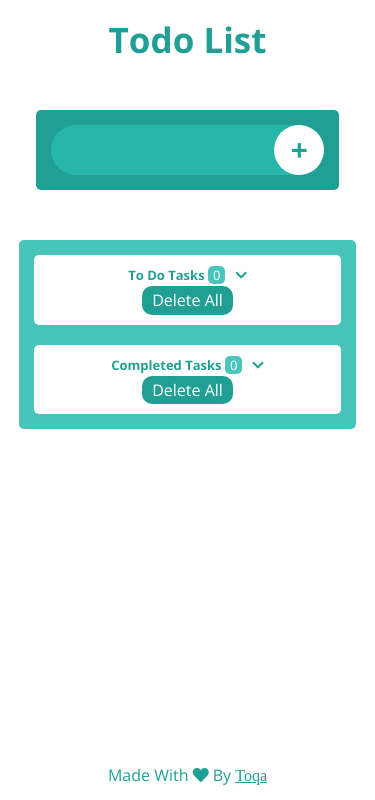
Repository: Toqa-25/todo-list
Page: index.html
An editor plug-in stored every save of this project. The page is shown before and after a run of saves, followed by the edit.
The browser window is 375 px wide. The pictures show the whole page.
Some web fonts or font styles are not loaded; a fallback is used.

Above is the page before, as saved 2022-02-07 16:50:55.

### index.html
<!DOCTYPE html>
<html lang="en">
<head>
    <meta charset="UTF-8">
    <meta http-equiv="X-UA-Compatible" content="IE=edge">
    <meta name="viewport" content="width=device-width, initial-scale=1.0">
     <!-- css fils -->
     <link rel="stylesheet" href="css/normalize.css">
     <link rel="stylesheet" href="css/all.min.css">
     <link rel="stylesheet" href="css/style.css">
     <!-- google fonts -->
     <link rel="preconnect" href="https://fonts.googleapis.com">
     <link rel="preconnect" href="https://fonts.gstatic.com" crossorigin>
     <link href="https://fonts.googleapis.com/css2?family=Open+Sans:wght@300;400;500;600;700;800&display=swap" rel="stylesheet">
     <link href="https://fonts.googleapis.com/css2?family=Pushster&amp;display=swap" rel="stylesheet">
     <!-- page title -->
    <title>ToDo List</title>
</head>
<body>
    <section class="todo-section container">
        <div class="todo-main-head ">
            <h2 class="todo-head">todo list</h2>
        </div>
        <div class="todo-input  ">
            <input type="text" name="" id="input-field">
            <span class="pluse" id="plus">+</span>
        </div>
        <div class="todo-group pad ">
        <div class="todo-list doing" id="todo-list-do">
             <div class="todo-list-header-group">
                 <h4 class="todo-list-head">to do tasks <span class="tasks-number"></span><i class="fas fa-chevron-down todo-chevron"></i></h4>
                <button class="btn delet-all-tasks">delete all</button>
            </div>
           <div class="todo-list-content todo">
           </div>
        </div>
        <div class="todo-list completed" id="todo-list-complete">
            <div class="todo-list-header-group">
                <h4 class="todo-list-head">completed tasks <span class="completed-tasks-number"></span><i class="fas fa-chevron-down complete-chevron"></i></h4>
                <button class="btn delet-all-completed-tasks">delete all</button>
            </div>
           <div class="todo-list-content complet">
           </div>
        </div>
        </div>
    </section>
    <div class="bottom-group">
             <p>made with <i class="fas fa-heart"></i> by <a class="developer link-none" href="https://toqa-25.github.io/portfolio/">toqa</a></p>
    </div>

    <script src="js/script.js"></script>
    <script src="https://unpkg.com/sweetalert/dist/sweetalert.min.js"></script>
</body>
</html>

### css/style.css
/* component style */
:root{
    --main-color:#219F94;
    --main-alt-color:#2bbbafda;
    --white-color:#fff;
    --text-color:#C1DEAE;
}
*{
     margin:0;
     padding:0;
     box-sizing: border-box;
}
html{
    scroll-behavior: smooth;
}
body{
    font-family: 'Open Sans', sans-serif;
    min-height: 100vh;
}
.container{
    width:90%;
    margin:0 auto;
}

.pad{
    padding: 30px 0;
}

/* element style */
section{
    display: flex;
    align-items: center;
    flex-direction: column;
    min-height: calc(100vh - 50px);
    gap:50px;

}
.todo-main-head {
    /* padding-top: 20px;
    margin-top: 20px; */
    margin: 20px auto 0;
}
.todo-head {
    color: var(--main-color);
    font-weight: bold;
    text-transform: capitalize;
    font-size: 35px;
    text-align: center;
}
.todo-input{
    background-color: var(--main-color);
    position: relative;
    border-radius: 5px;
    width: 600px;
    margin: 0 auto;
    padding: 15px 0;
}
@media(max-width:991px){
   .todo-input{
       width:90%;
   }
}
#input-field {
    width: calc(100% - 30px);
    margin: 0 15px;
    height: 50px;
    border: none;
    outline: none;
    background-color: var(--main-alt-color);
    color: #fff;
    padding:5px 20px;
    border-radius: 25px;
    -webkit-border-radius: 25px;
    -moz-border-radius: 25px;
    -ms-border-radius: 25px;
    -o-border-radius: 25px;
}
#input-field:focus{

}
.pluse {
    width: 50px;
    height: 50px;
    background-color: var(--white-color);
    border-radius: 50%;
    display: inline-block;
    padding: 21px;
    text-align: center;
    font-size: 30px;
    display: flex;
    justify-content: center;
    align-items: center;
    position: absolute;
    right: 15px;
    top: 50%;
    transform: translateY(-50%);
    color: var(--main-color);
    font-weight: bold;
    cursor: pointer;
}

.todo-group {
    background-color: var(--main-alt-color);
    /* margin-top: 30px; */
    padding: 15px;
    display: flex;
    justify-content: space-between;
    align-items: center;
    gap:20px;
    flex-direction: column;
    width:fit-content;
    border-radius: 5px;

}
.todo-list {
    background-color: var(--white-color);
    padding: 10px 20px;
    color: var(--main-color);
    flex:1;
    border-radius: 5px;
     width: 600px;
}
@media(max-width:767px){

    .todo-list {
        width:100%;
    }
}
.todo-list-content , .complet {
    padding:20px;
    display: none;
}
.todo-list-task-group {
    display: flex;
    justify-content: space-between;
    align-items: center;
    border: 1px solid var(--main-alt-color);
    padding: 5px;
    border-radius: 6px;
    margin-bottom: 10px;
}
.todo-list-task {
    padding: 5px 20px;
    display: flex;
    justify-content: space-between;
    align-items: center;
    position: relative;
    margin:10px 5px;
    width:80%;
}
.todo-list-task:before{
    content:"";
    position: absolute;
    top:0;
    left:0;
    height: 100%;
    background-color: var(--main-alt-color);
    width: 8px;
    border-radius: 0px 100px 100px 0px;
}
.btn {
    color: var(--white-color);
    width: fit-content;
    /* height: 27px; */
    padding: 5px 10px;
    background-color: var(--main-color);
    border: none;
    border-radius: 10px;
    cursor: pointer;
    text-transform: capitalize;
}
.todo-list-header-group {
    display: flex;
    justify-content: space-between;
    align-items: center;
    /* flex-wrap: wrap; */
}
.todo-list-head {
    text-transform: capitalize;
    width: fit-content;
    /* margin: auto; */
    /* text-align: center; */
    padding: 3px 10px;
    font-size: 20px;
}
.todo-list-text {
    /* text-transform: capitalize; */
}
.completed-task{
    position: relative;
}
.todo-list-checked {
    width: 15px;
    height: 15px;
    border: 1px solid var(--main-color);
    border-radius: 3px;
    display: flex;
    justify-content: center;
    align-items: center;
}
.completed-task:after{
    content: "";
    width: 90%;
    height: 2px;
    border-radius: 2px;
    position: absolute;
    top: 50%;
    left: 50%;
    transform: translate(-50%, -50%);
    background-color: var(--main-color);
}
.todo-list-checked i {
    font-size: 15px;
    margin-left: 3px;
    margin-bottom: 0px;
}
.completed-tasks-number,.tasks-number {
    padding: 0px 5px;
    background-color: var(--main-alt-color);
    color: #fff;
    border-radius: 5px;
    font-weight: normal;
}
i.fas.fa-chevron-down {
    margin-left: 10px;
}
.bottom-group{
color:var(--main-color);
text-align: center;
margin: 16px auto;
}
.bottom-group p{
    text-transform:capitalize;
}
.bottom-group p a{
    font-family: 'Pushster', cursive;
     color:var(--main-color);
}
.show{
    display:block;
}
.sign-login-group {
    width: fit-content;
    display: flex;
    justify-content: space-between;
    align-content: center;
    flex-direction: column;
    gap: 30px;
    margin-top: 100px;
}
.todo-input-group {
    min-width: 300px;
    display: flex;
    justify-content: space-between;
    align-content: center;
    flex-wrap: wrap;
    gap: 30px;
}
.todo-input-group label {
    text-transform: capitalize;
    color: var(--main-color);
    font-weight: bold;
}
.todo-input-group input {
    padding: 5px 10px;
    border-radius: 7px;
    border-color: var(--main-color);
    outline: none;
    color: var(--main-color);

}
.buttons-group {
    display: flex;
    justify-content: center;
    width: fit-content;
    align-items: center;
    gap: 10px;
    margin: 0 auto;
}
.buttons-group span{
    text-transform: uppercase;
    font-weight: bold;
    color: var(--main-color);
}
.sign-login-group .btn  {
    margin: auto;
    color: #fff;
    font-size: 18px;
}
.sign-login-group .buttons-group a {
  font-size: 20px;
    color: var(--main-color);
}

@media (max-width:767px){
    .todo-group{
        width: 100%;
    }
    /* .todo-list-header-group .btn{
        margin-left: 8px;
        margin-top: 10px;
    } */
    .todo-list-head {
    font-size: 13px;
    }
}

@media (max-width:375px){
    .todo-list-header-group {
        flex-direction: column;
    }

}

### js/script.js

// const variables
let inputTask = document.getElementById("input-field"),
    plusButton = document.getElementById("plus"),
    toDoContent = document.querySelector(".todo"),
    completeContent = document.querySelector(".complet"),
    taskText = document.querySelector(".todo-list-text"),
    numberOfTasks = document.querySelector(".tasks-number"),
    numberOfCompletedTasks = document.querySelector(".completed-tasks-number"),
    todoChevron = document.querySelector(".todo-chevron"),
    completeChevron = document.querySelector(".complete-chevron"),
    deleteAllTasks = document.querySelector(".delet-all-tasks"),
    deleteAllCompletedTasks = document.querySelector(".delet-all-completed-tasks");

// var variables
var checkedSpan = [...document.querySelectorAll(".todo-list-checked")];
var checkedClasses = [...document.querySelectorAll(".checked")];
var buttonSgroup = [...document.querySelectorAll(".delete")];
let todoList = JSON.parse(localStorage.getItem("tasks"))
  ? JSON.parse(localStorage.getItem("tasks"))
  : [];
let completeList = JSON.parse(localStorage.getItem("completedTasks"))
  ? JSON.parse(localStorage.getItem("completedTasks"))
  : [];
/********************************************************** */
if ( todoList.length >= 1) {
    numberOfTasks.innerHTML = todoList.length;
}
else{
    numberOfTasks.innerHTML = 0;
}

if (completeList && completeList.length >= 1) {
  numberOfCompletedTasks.innerHTML = completeList.length;
} else {
  numberOfCompletedTasks.innerHTML = 0;
}
/********************************************************** */
window.onload = function () {
    inputTask.focus()
}
plusButton.onclick = addTask;
inputTask.addEventListener("keyup", function (event) {
  // Number 13 is the "Enter" key on the keyboard
  if (event.keyCode === 13) {
    addTask();
  }
});
/************************************* */
// 1- add task
function addTask() {
  if (inputTask.value != null && inputTask.value != "") {
      if (todoList.includes(inputTask.value.trim())) {
          swal("This Task is  Already Exists.");
      }
          toDoContent.innerHTML += `  <div class="todo-list-task-group">
                                        <div class="todo-list-task doing-task">
                                            <p class="todo-list-text">${inputTask.value.trim()}</p>
                                            <span id="todo-list-doing" class="todo-list-checked"></span>
                                        </div>
                                        <button class="btn delete">delete</button>
                                    </div>`;
          todoList = [...todoList, inputTask.value.trim()];
          localStorage.setItem("tasks", JSON.stringify(todoList));
          inputTask.value = "";
          currentTasks(toDoContent, todoList);
          checkedSpan = [];
          checkedSpan = [...document.querySelectorAll(".todo-list-checked")];
          checkedTask(checkedSpan);
          buttonSgroup = [];
          buttonSgroup = [...document.querySelectorAll(".delete")];
          deleteUneededTask(buttonSgroup);
          numberOfTasks.innerHTML.innerHTML++;
          inputTask.focus();

  }
  else {
      swal("Enter Your Task");
  }
}

// 2- drow new tasks
function currentTasks(plceContent, tasksArray) {
  plceContent.innerHTML = "";
  for (i = 0; i < tasksArray.length; i++) {
    plceContent.innerHTML += `<div class="todo-list-task-group">
                <div class="todo-list-task doing-task">
                <p class="todo-list-text">${tasksArray[i]}</p>
                <span id="todo-list-doing" class="todo-list-checked"></span>
                </div>
                <button class="btn delete">delete</button>
                </div>`;
  }
  checkedSpan = [];
  checkedSpan = [...document.querySelectorAll(".todo-list-checked")];
  checkedTask(checkedSpan);
//   console.log("current", checkedSpan);
  buttonSgroup = [];
  buttonSgroup = [...document.querySelectorAll(".delete")];
    deleteUneededTask(buttonSgroup);
       numberOfTasks.innerHTML = "";
       numberOfTasks.innerHTML = todoList.length;
}
currentTasks(toDoContent, todoList);

// 3- drow new tasks
function currentCheckedTasks(plceContent, tasksArray) {
  plceContent.innerHTML = "";
  for (i = 0; i < tasksArray.length; i++) {
    plceContent.innerHTML += `<div class="todo-list-task-group ">
                <div class="todo-list-task doing-task completed-task">
                <p class="todo-list-text">${tasksArray[i]}</p>
                <span id="todo-list-doing" class="todo-list-checked checked"><i class="fas fa-check"></i></span>
                </div>
                <button class="btn delete">delete</button>
                </div>`;
  }
  checkedClasses = [];
  checkedClasses = [...document.querySelectorAll(".checked")];
  unCheckedTask(checkedClasses);
  buttonSgroup = [];
  buttonSgroup = [...document.querySelectorAll(".delete")];
    deleteUneededTask(buttonSgroup);
        numberOfCompletedTasks.innerHTML = "";
        numberOfCompletedTasks.innerHTML = completeList.length;
}
currentCheckedTasks(completeContent, completeList);

// 4- drow completed tasks

function checkedTask(checkBoxs) {
  checkBoxs.forEach((checkBox) => {
    checkBox.onclick = function addChecked(checkBox) {
      deleteTask(checkBox.currentTarget);
      transformTask(checkBox.currentTarget);
    };
  });
}
checkedTask(checkedSpan);

//5- drow uncompleted Tasks
function unCheckedTask(checkBoxs) {
  checkBoxs.forEach((checkBox) => {
    checkBox.onclick = function addChecked(checkBox) {
      deleteTask(checkBox.currentTarget);
        transformTask(checkBox.currentTarget);
    };
  });
}
unCheckedTask(checkedClasses);

// 6- delete tasks
/************************************* */
function deleteTask(current) {
  let currentParent = current.parentElement,
    element = currentParent.parentElement,
    elementFirstParent = element.firstElementChild,
    elementText = elementFirstParent.firstElementChild.innerHTML;
    if (elementFirstParent.classList.contains("completed-task")) {
        completeList.splice(completeList.indexOf(elementText), 1);
        localStorage.setItem("completedTasks", JSON.stringify(completeList));
        numberOfCompletedTasks.innerHTML = ""
        numberOfCompletedTasks.innerHTML = completeList.length

} else {
    todoList.splice(todoList.indexOf(elementText), 1);
    localStorage.setItem("tasks", JSON.stringify(todoList));
    numberOfTasks.innerHTML = ""
    numberOfTasks.innerHTML = todoList.length
}
element.remove();
console.log(element);
console.log(elementText);
}

function transformTask(current) {
  let currentParent = current.parentElement,
    element = currentParent.parentElement,
    elementFirstParent = element.firstElementChild,
    elementText = elementFirstParent.firstElementChild.innerHTML;
  if (elementFirstParent.classList.contains("completed-task")) {
    todoList = [...todoList, elementText];
    localStorage.setItem("tasks", JSON.stringify(todoList));
    currentTasks(toDoContent, todoList);
  } else {
    // completeList.push(elementText);
        completeList = [...completeList, elementText];
    localStorage.setItem("completedTasks", JSON.stringify(completeList));
    currentCheckedTasks(completeContent, completeList);
  }
}

function deleteUneededTask(checkBoxs) {
  checkBoxs.forEach((checkBox) => {
    checkBox.onclick = function addChecked(checkBox) {
      let element = checkBox.currentTarget.parentElement,
        elementFirstParent = element.firstElementChild,
        elementText = elementFirstParent.firstElementChild.innerHTML;

      element.remove();
      if (elementFirstParent.classList.contains("completed-task")) {
        completeList.splice(completeList.indexOf(elementText), 1);
          localStorage.setItem("completedTasks", JSON.stringify(completeList));
              numberOfCompletedTasks.innerHTML = "";
              numberOfCompletedTasks.innerHTML = completeList.length;
      } else {
        todoList.splice(todoList.indexOf(elementText), 1);
        localStorage.setItem("tasks", JSON.stringify(todoList));
           numberOfTasks.innerHTML = "";
           numberOfTasks.innerHTML = todoList.length;
      }
      console.log(elementText);
      console.log(elementFirstParent);
      console.log(element);
    };
  });
}
deleteUneededTask(buttonSgroup);


todoChevron.onclick = function (){
    toDoContent.classList.toggle("show")
}
completeChevron.onclick = function () {
  completeContent.classList.toggle("show")
};

deleteAllTasks.onclick = function () {
    toDoContent.innerHTML = ""
    todoList = [];
    localStorage.setItem("tasks", JSON.stringify(todoList));
    currentTasks(toDoContent, todoList);
}
deleteAllCompletedTasks.onclick = function () {
  toDoContent.innerHTML = "";
  completeList = [];
  localStorage.setItem("completedTasks", JSON.stringify(completeList));
  currentCheckedTasks(completeContent, completeList);
};

Loaded but not shown: css/normalize.css (library); css/all.min.css (library)

After the next 2 saves:
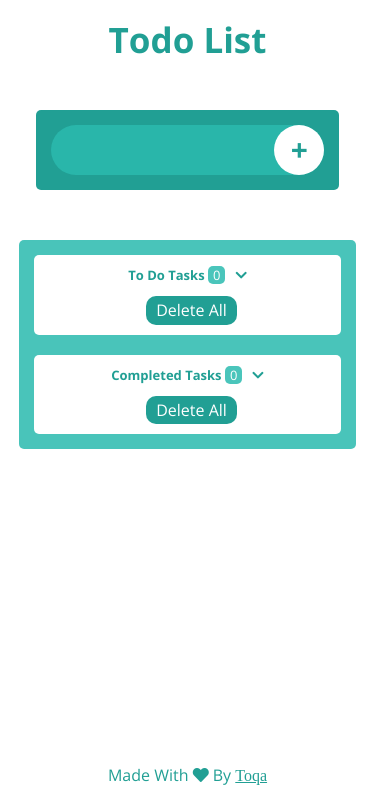
The 2 saves are shown as one change because they came seconds apart.
The last was saved 69 s later.
--- a/css/style.css
+++ b/css/style.css
@@ -296,16 +296,16 @@ margin: 16px auto;
     .todo-group{
         width: 100%;
     }
-    /* .todo-list-header-group .btn{
+    .todo-list-head {
+        font-size: 13px;
+    }
+}
+
+@media (max-width:375px){
+    .todo-list-header-group .btn{
         margin-left: 8px;
         margin-top: 10px;
-    } */
-    .todo-list-head {
-    font-size: 13px;
-    }
-}
-
-@media (max-width:375px){
+    }
     .todo-list-header-group {
         flex-direction: column;
     }
